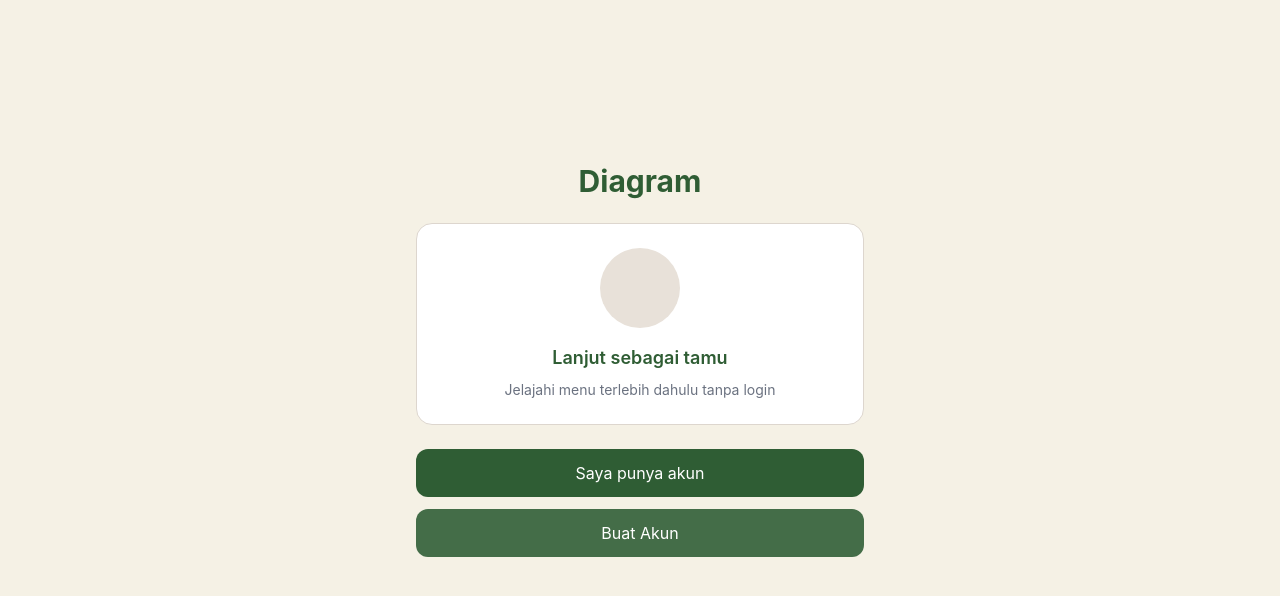
Repository: PajarAland/DiagramCoffee
Page: /
An editor plug-in stored every save of this project. The page is shown before and after the next save, followed by the edit.
The browser window is 1280 px wide. The pictures show the whole page.
The page's requests for data from a server got no answer. The project was rebuilt for these pictures with package versions that can differ from the ones it lists, and the page was loaded fresh each time. Some packages were replaced by stand-ins written for this rebuild. No one was signed in, and anything a server would have sent is missing. Also part of the build but not shown: vite.config.js, src/pages/Login.jsx, src/pages/Register.jsx, src/pages/Home.jsx, src/auth/ProtectedRoute.jsx.

Above is the page before, as saved 2026-04-26 17:26:04.

### index.html
<!doctype html>
<html lang="en">
  <head>
    <meta charset="UTF-8" />
    <link rel="icon" type="image/svg+xml" href="/favicon.svg" />
    <meta name="viewport" content="width=device-width, initial-scale=1.0" />
    <title>diagramcoffee</title>
  </head>
  <body>
    <div id="root"></div>
    <script type="module" src="/src/main.jsx"></script>
  </body>
</html>

### src/index.css
@tailwind base;
@tailwind components;
@tailwind utilities;

body {
  @apply font-sans;
}

### src/App.jsx
import { BrowserRouter, Routes, Route } from "react-router-dom";
import Landing from "./pages/Landing";
import Login from "./pages/Login";
import Register from "./pages/Register";
import Home from "./pages/Home";
import ProtectedRoute from "./auth/ProtectedRoute";
import { AuthProvider } from "./context/AuthContext";

function App() {
  return (
    <AuthProvider>
      <BrowserRouter>
        <Routes>
          <Route path="/" element={<Landing />} />
          <Route path="/login" element={<Login />} />
          <Route path="/register" element={<Register />} />

          <Route
            path="/home"
            element={
              <ProtectedRoute>
                <Home />
              </ProtectedRoute>
            }
          />
        </Routes>
      </BrowserRouter>
    </AuthProvider>
  );
}

export default App;

### src/pages/Landing.jsx
import { useNavigate } from "react-router-dom";
import { Link } from "react-router-dom";

function Landing() {
  const navigate = useNavigate();

  return (
    <div className="min-h-screen bg-[#F5F1E5] flex flex-col items-center justify-center px-5">

      <h1 className="text-3xl font-bold text-[#2F5D34] mb-6">
        Diagram
      </h1>

      <div className="bg-white rounded-2xl p-6 w-full max-w-md text-center border border-[#DDD6CE]">
        <div className="w-20 h-20 bg-[#E8E1D9] rounded-full mx-auto mb-4"></div>

        <Link to="/homeGuest" className="text-[#2F5D34] text-lg font-semibold hover:underline">
          Lanjut sebagai tamu
        </Link>

        <p className="text-gray-500 text-sm mt-2">
          Jelajahi menu terlebih dahulu tanpa login
        </p>
      </div>

      <button onClick={() => navigate("/login")} className="mt-6 w-full max-w-md bg-[#2F5D34] text-white py-3 rounded-xl">
        Saya punya akun
      </button>

      <button onClick={() => navigate("/register")} className="mt-3 w-full max-w-md bg-[#446D48] text-white py-3 rounded-xl">
        Buat Akun
      </button>
    </div>
  );
}

export default Landing;

### src/context/AuthContext.jsx
import { createContext, useContext, useEffect, useState } from "react";
import API from "../services/api";

const AuthContext = createContext();

export function AuthProvider({ children }) {
  const [user, setUser] = useState(null);
  const [initialized, setInitialized] = useState(false); // penting

  // ambil user sekali saat app start (background)
  const fetchUser = async () => {
    try {
      const res = await API.get("/api/user");
      setUser(res.data.data);
    } catch {
      setUser(null);
    } finally {
      setInitialized(true);
    }
  };

  useEffect(() => {
    fetchUser();
  }, []);

  const refreshUser = async () => {
  try {
    const res = await API.get("/api/user");
    setUser(res.data.data);
  } catch {
    setUser(null);
  } finally {
    setInitialized(true);
  }
};

  const login = (userData) => {
    setUser(userData);
  };

  const logout = async () => {
    await API.post("/api/logout");
    setUser(null);
  };

  return (
    <AuthContext.Provider
      value={{
        user,
        setUser,
        login,
        logout,
        initialized, // status auth selesai dicek
        refreshUser, // fungsi untuk refresh data user
      }}
    >
      {children}
    </AuthContext.Provider>
  );
}

export const useAuth = () => useContext(AuthContext);

### src/services/api.js
import axios from "axios";

const API = axios.create({
  baseURL: "http://localhost:8000",
  withCredentials: true,

  headers: {
    Accept: "application/json",
  },
});

// 🔥 INI YANG SELAMA INI KURANG
API.interceptors.request.use((config) => {
  const token = document.cookie
    .split("; ")
    .find(row => row.startsWith("XSRF-TOKEN="))
    ?.split("=")[1];

  if (token) {
    config.headers["X-XSRF-TOKEN"] = decodeURIComponent(token);
  }

  return config;
});

export default API;

### tailwind.config.js
/** @type {import('tailwindcss').Config} */
export default {
  content: [
    "./index.html",
    "./src/**/*.{js,jsx,ts,tsx}",
  ],
  theme: {
    fontFamily: {
      sans: ["Inter", "ui-sans-serif", "system-ui"],
    },
    extend: {},
  },
  plugins: [],
}

Loaded but not shown: src/main.jsx (common file)

After the next save:
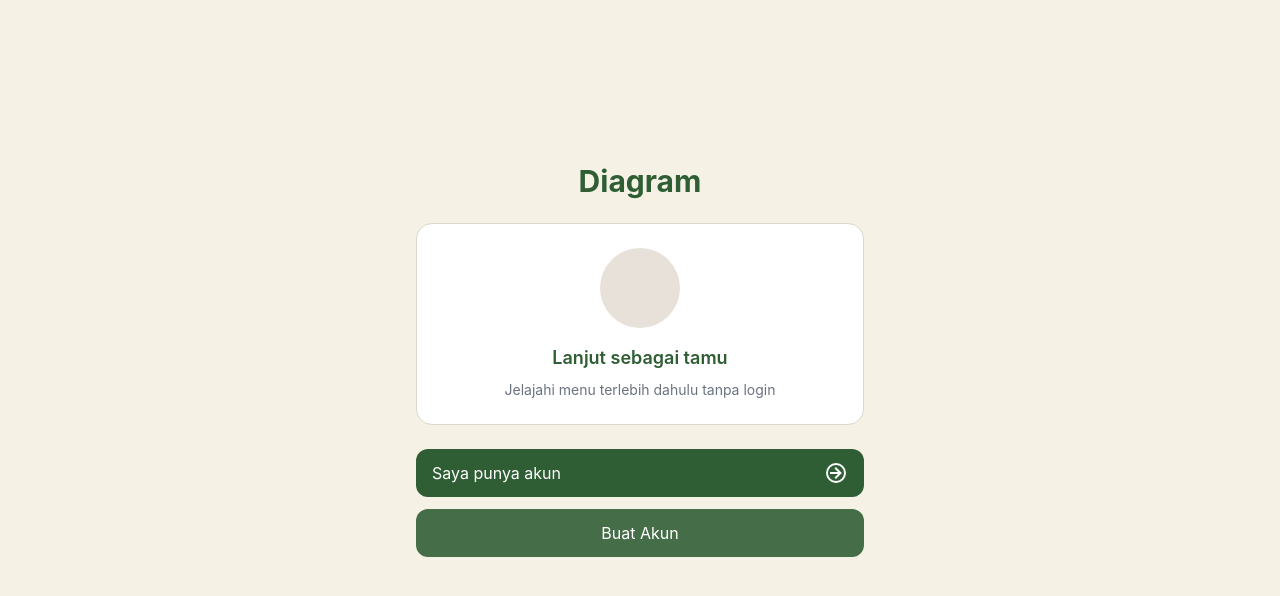
Saved 7 min 7 s later.
--- a/src/pages/Landing.jsx
+++ b/src/pages/Landing.jsx
@@ -1,5 +1,6 @@
 import { useNavigate } from "react-router-dom";
 import { Link } from "react-router-dom";
+import arrowIconWhite from "../assets/mdi--arrow-right-thin-circle-outline-white.svg";
 
 function Landing() {
   const navigate = useNavigate();
@@ -23,8 +24,16 @@ function Landing() {
         </p>
       </div>
 
-      <button onClick={() => navigate("/login")} className="mt-6 w-full max-w-md bg-[#2F5D34] text-white py-3 rounded-xl">
+      {/* <button onClick={() => navigate("/login")} className="mt-6 w-full max-w-md bg-[#2F5D34] text-white py-3 rounded-xl">
         Saya punya akun
+      </button> */}
+
+      <button
+        onClick={() => navigate("/login")}
+        className="mt-6 w-full max-w-md bg-[#2F5D34] text-white py-3 rounded-xl flex items-center justify-between px-4"
+      >
+        <span>Saya punya akun</span>
+        <img src={arrowIconWhite} alt="arrow" className="w-6 h-6" />
       </button>
 
       <button onClick={() => navigate("/register")} className="mt-3 w-full max-w-md bg-[#446D48] text-white py-3 rounded-xl">
